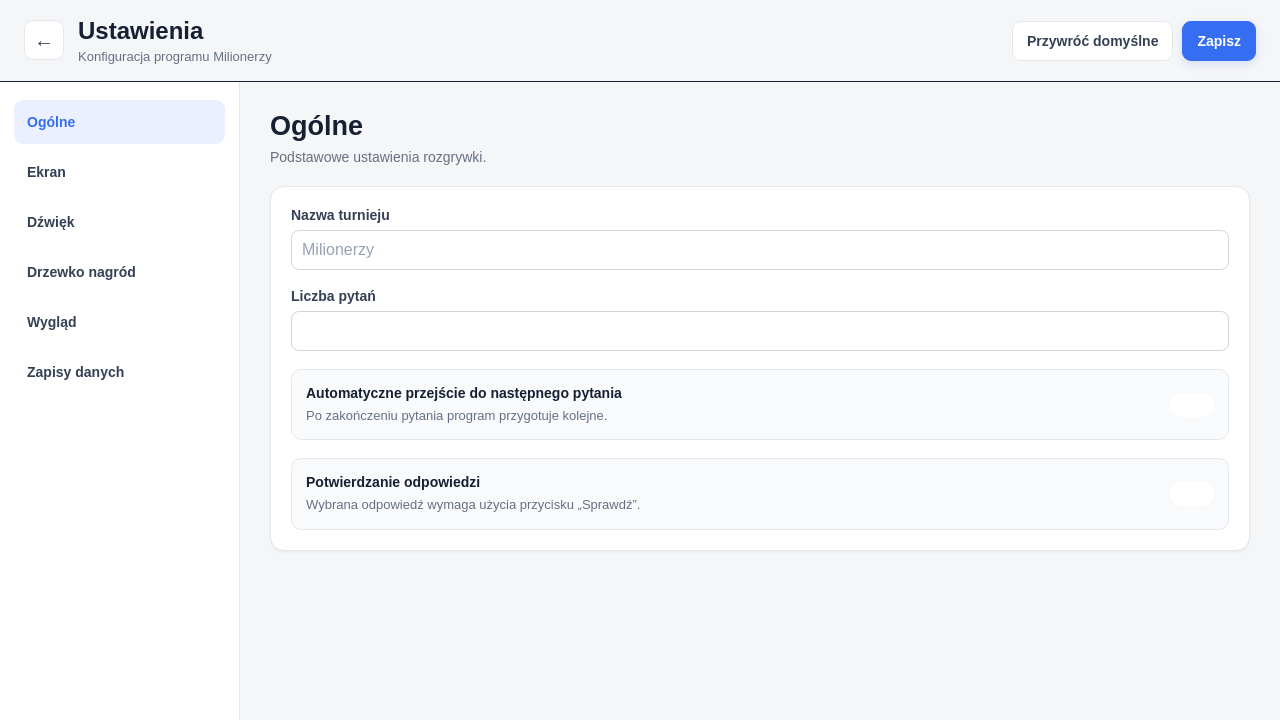
Repository: WaleonGames/HTGMilionerzy
Page: views/settings.html
These files come from the project's save history. The page is drawn as it stood at one moment and after the next save; the edit follows.
The browser window is 1280 px wide. The pictures show the whole page.

Above is the page before, as saved 2026-09-05 18:54:27.
Console error: TypeError: Cannot read properties of undefined (reading 'settings')

After the next save:
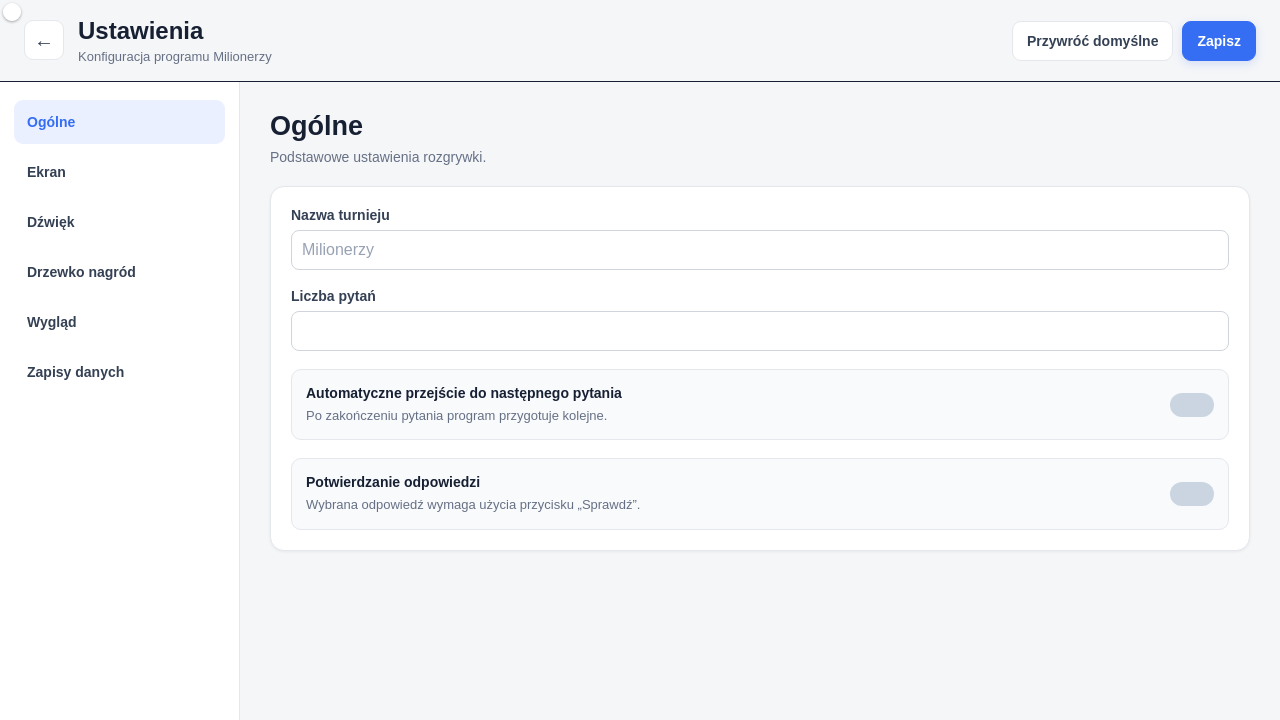
Saved 12 min 11 s later.
--- a/public/css/style.css
+++ b/public/css/style.css
@@ -463,31 +463,65 @@ textarea{
 ========================= */
 
 .setting-row input[type="checkbox"]{
-  position:relative;
-  appearance:none;
-  width:44px;
-  min-width:44px;
-  height:24px;
-  min-height:24px;
-  padding:0;
-  border:0;
-  border-radius:999px;
-  cursor:pointer;
+  appearance:none !important;
+  -webkit-appearance:none !important;
+
+  width:44px !important;
+  min-width:44px !important;
+  height:24px !important;
+  min-height:24px !important;
+
+  padding:0 !important;
+  margin:0 !important;
+
+  background:#cbd5e1 !important;
+
+  border:0 !important;
+  border-radius:999px !important;
+
+  box-shadow:none !important;
+
+  cursor:pointer !important;
 }
 
 .setting-row input[type="checkbox"]::after{
-  content:"";
-  position:absolute;
-  top:3px;
-  left:3px;
-  width:18px;
-  height:18px;
-  border-radius:50%;
-  transition:transform .18s ease;
+  content:"" !important;
+
+  position:absolute !important;
+  top:3px !important;
+  left:3px !important;
+
+  width:18px !important;
+  height:18px !important;
+
+  background:#fff !important;
+
+  border-radius:50% !important;
+
+  box-shadow:0 1px 3px rgba(0,0,0,.18) !important;
+
+  transition:transform .18s ease !important;
+}
+
+.setting-row input[type="checkbox"]:checked{
+  background:var(--design-primary) !important;
 }
 
 .setting-row input[type="checkbox"]:checked::after{
-  transform:translateX(20px);
+  transform:translateX(20px) !important;
+}
+
+.setting-row input[type="checkbox"]:hover{
+  background:#b8c3d1 !important;
+}
+
+.setting-row input[type="checkbox"]:checked:hover{
+  background:var(--design-primary-hover) !important;
+}
+
+.setting-row input[type="checkbox"]:focus{
+  border:0 !important;
+  box-shadow:0 0 0 3px rgba(53,109,243,.14) !important;
 }
 
 /* =========================
